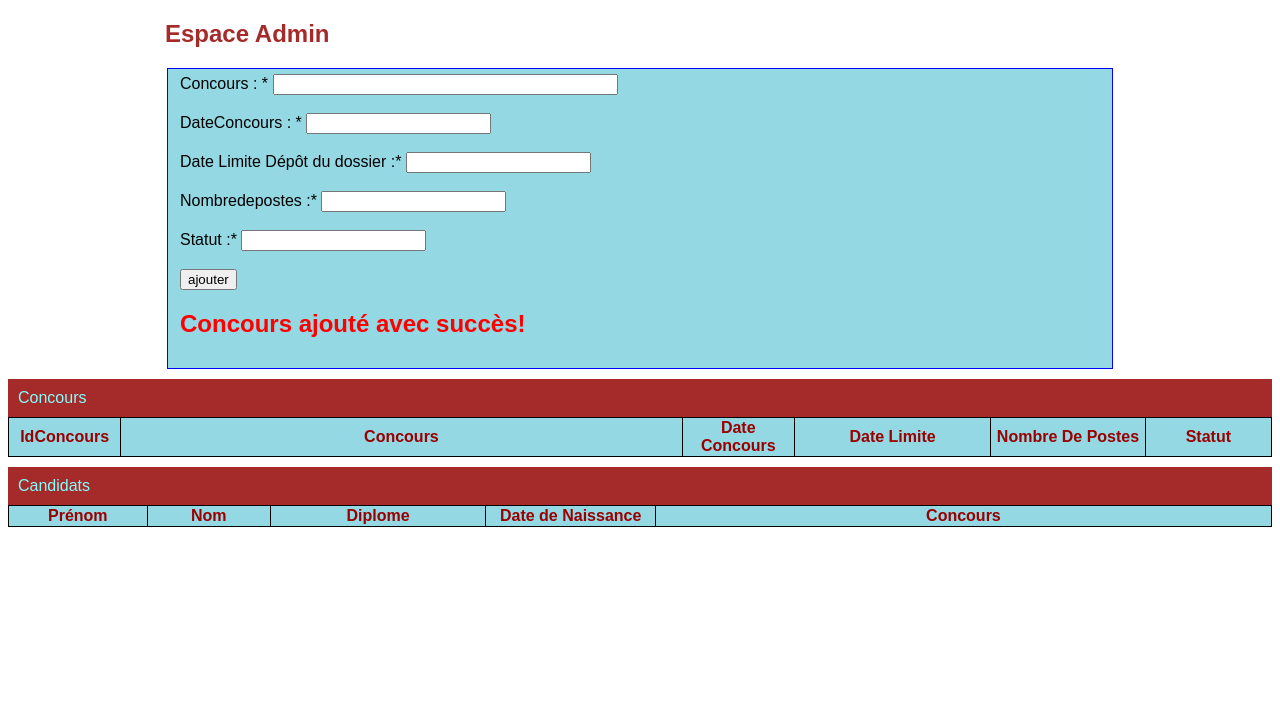
Repository: yahouari/Stage2019
Page: http://localhost/test/valide.jsp
The author's editor kept a copy of each file at every save. The page is drawn from the files as they stood at one save, then again after the next save.
The browser window is 1280 px wide. The pictures show the whole page.
The page is served by Tomcat 9. Queries for data that is not in the repository find no rows.

Above is the page before, as saved 2019-07-29 10:17:44.

After the next save:
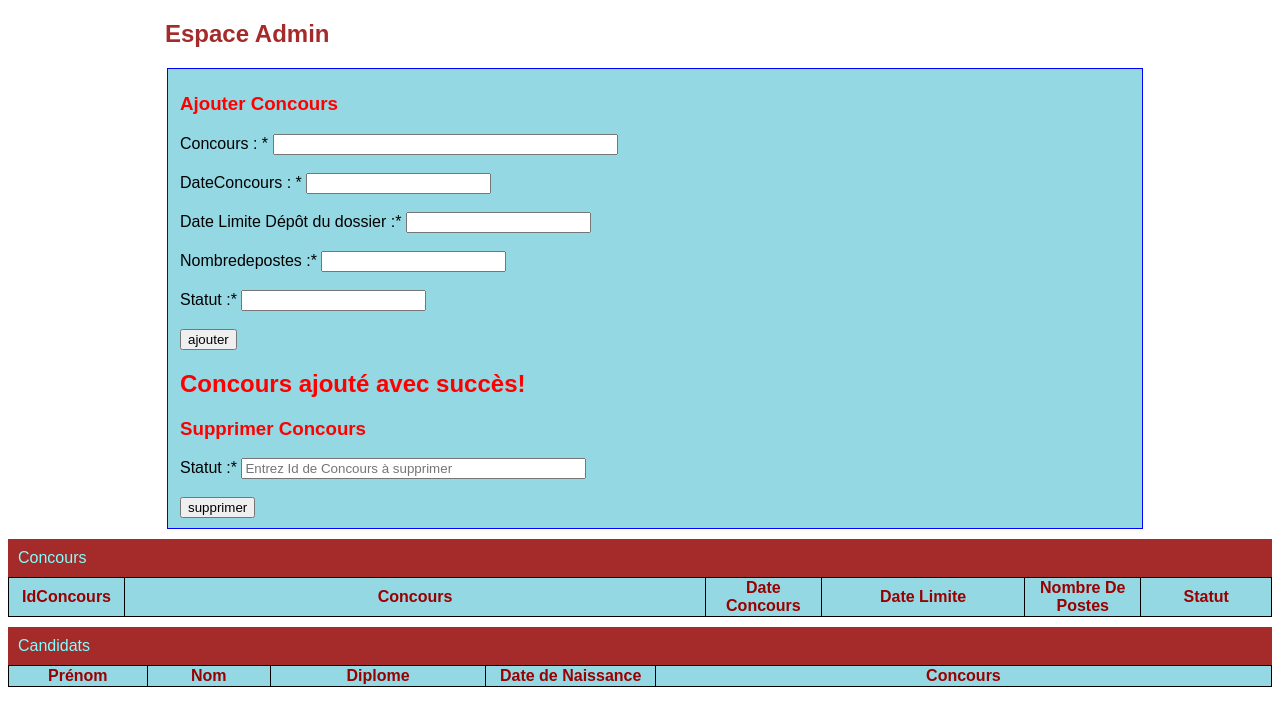
Saved 8 s later.
--- a/test/WebContent/valide.jsp
+++ b/test/WebContent/valide.jsp
@@ -1,4 +1,3 @@
-
 
 <%@ page pageEncoding="UTF-8" %>
 <!DOCTYPE html>
@@ -14,7 +13,8 @@
             <form method="get" action="GestionServlet">
             <h2><font color="brown"> Espace Admin</font></h2>
 
-			  <fieldset>
+		<fieldset>
+			  <h3> Ajouter Concours</h3>
 			  <label for="Concours">Concours : <span class="requis">*</span></label>
               <input type="text" id="Concours" name="Concours" value="" size="40" maxlength="40" />
               <br />
@@ -42,12 +42,21 @@
 
 
               <input type="submit" value="ajouter"  />
-              <h2><font color="red"> Concours ajouté avec succès! </font></h2>
+            <h2><font color="red"> Concours ajouté avec succès! </font></h2>
 
+              </form>
+              <form method="get" action="SuppressionServlet">
 
+              <h3> Supprimer Concours</h3>
+              <label for="supprimer">Statut :<span class="requis">*</span></label>
+              <input type="Idg" id="Idg" name="Idg" value="" size="40" maxlength="40" placeholder="Entrez Id de Concours à supprimer" />
+              <br />
+              <br />
+			  <input type="submit" value="supprimer"  />
+			  </form>
 
-			  </fieldset>
-			  </form>
+		</fieldset>
+
         </div>
          <legend>Concours</legend>
 
@@ -63,7 +72,7 @@
                     <th style="width:40%">Concours</th>
                     <th style="width:8%">Date Concours</th>
                     <th style="width:14%">Date Limite</th>
-		            <th style="width:11%">Nombre De Postes</th>
+		            <th style="width:8%">Nombre De Postes</th>
 
 		            <th style="width:9%">Statut</th>
 
@@ -86,12 +95,12 @@
             %>
             <tr class="info">
                 <td><%=Rs.getString("idg")%></td>
-
                 <td><%=Rs.getString("concours")%></td>
                 <td><%=Rs.getString("dateconcours")%></td>
                 <td><%=Rs.getString("datelimite")%></td>
                 <td><%=Rs.getString("nombredepostes")%></td>
                 <td><%=Rs.getString("Statut")%></td>
+
             </tr>
             <%
                     }
